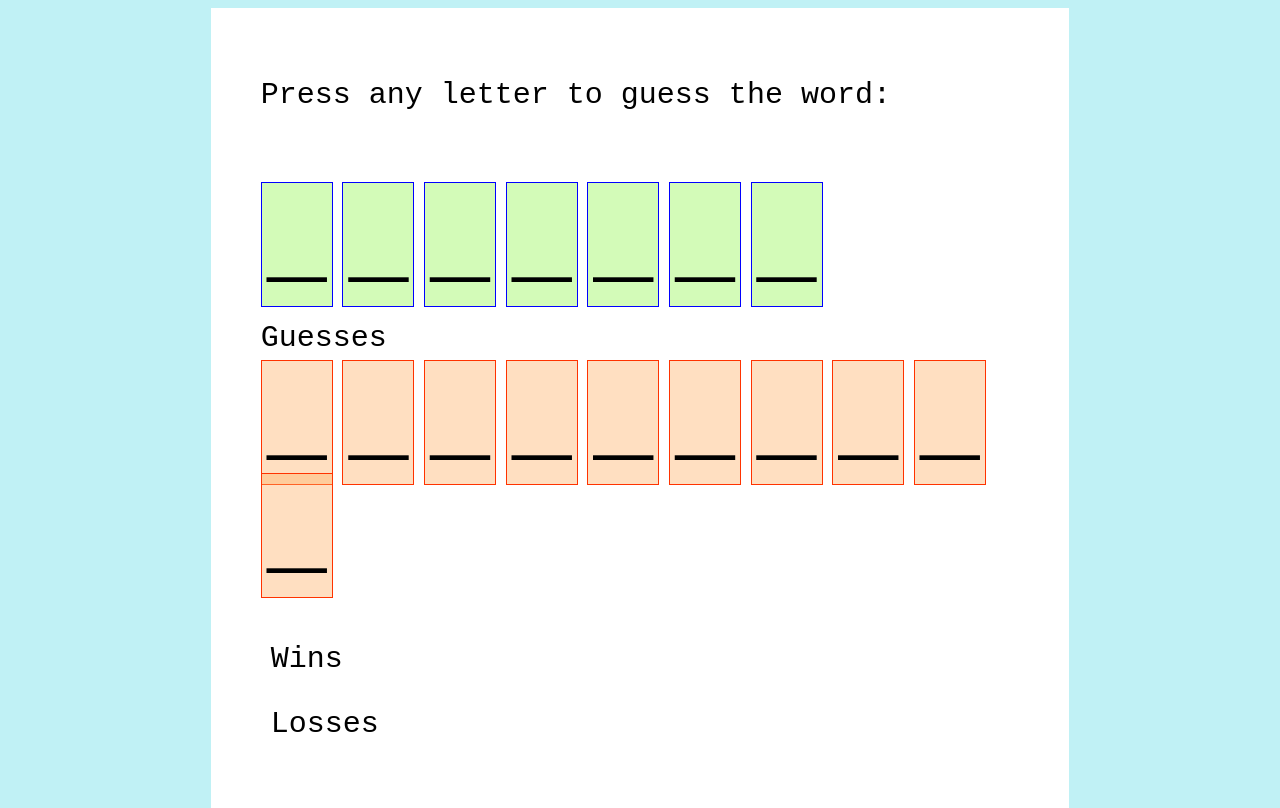
Repository: dsaftler/JavaScript
Page: index.html
These files come from the project's save history. The page is drawn as it stood at one moment and after the next save; the edit follows.
The browser window is 1280 px wide. The pictures show the whole page.

Above is the page before, as saved 2019-05-11 21:19:55.

### index.html
<!DOCTYPE html>
<html lang="en">
<head>
  <meta charset="UTF-8">
  <meta name="viewport" content="width=device-width, initial-scale=1.0">
  <meta http-equiv="X-UA-Compatible" content="ie=edge">
  <link href="https://fonts.googleapis.com/css?family=Ubuntu+Mono" rel="stylesheet">
  <link rel="stylesheet" href="assets\css\style.css">
<script src="https://ajax.googleapis.com/ajax/libs/jquery/3.4.0/jquery.min.js"></script>

  <title>JavaScript Hangman Game</title>
</head>
<body>
    <div class="container">
        <div class="instructions showtext">Press any letter to guess the word: </div>

         <div class="showtext" id="correctWord" ></div>



         <div class="letter match" id="chr_0">_</div>
         <div class="letter match" id="chr_1">_</div>
         <div class="letter match" id="chr_2">_</div>
         <div class="letter match" id="chr_3">_</div>
         <div class="letter match" id="chr_4">_</div>
         <div class="letter match" id="chr_5">_</div>
         <div class="letter match" id="chr_6">_</div>
          <div class="letter match" id="chr_7">_</div>
          <div class="letter match" id="chr_8">_</div>
          <div class="letter match" id="chr_9">_</div>

        <div class="showtext" id="showGuesses">Guesses </div>

        <div class="letter guessed" id="guess_0">_</div>
        <div class="letter guessed" id="guess_1">_</div>
        <div class="letter guessed" id="guess_2">_</div>
        <div class="letter guessed" id="guess_3">_</div>
        <div class="letter guessed" id="guess_4">_</div>
        <div class="letter guessed" id="guess_5">_</div>
        <div class="letter guessed" id="guess_6">_</div>
        <div class="letter guessed" id="guess_7">_</div>
        <div class="letter guessed" id="guess_8">_</div>
        <div class="letter guessed" id="guess_9">_</div>

      <div class="score">
      <div class="showtext" id="showWins">Wins</div>
      <div class="showtext" id="showLosses">Losses</div>

    </div>

    <script type="text/javascript" src="assets/javascript/game.js"></script>


</body>
</html>

### assets/css/style.css
body {font-family: 'Ubuntu+Mono',monospace, sans-serif;
  font-weight: 400;
  background-color: rgb(192, 241, 245);
  height: 600px;
}
.container {width:60%;
  max-width: 960px;
  margin: auto;
 /* background-image: "url('assets/images/Hangman.png')";  */
 background-color: white;
 height:700px;
 padding: 50px;
 }
 .showtext {height:35px;
  padding: 20px 0 10px;
  font-size: 30px;
 }
.letter {font-size: 100px;
  display: inline;
  padding: 5px;}
.match {
  border: 1px solid blue;
  background-color: rgb(142, 245, 73,0.39)}
.guessed {
  font-weight: 100;
  border: 1px solid #ff3300;
  background-color: rgba(255, 173, 96, 0.39);
}
.score{
  margin-top: 20px;
  padding:10px;
  height:120px;
}
.warn{
 color: red;
}
.normal{
  color:black;
}
.win{
  color: green;
}

### assets/javascript/game.js
// Variables
var cntWins,
  curCntGuess,
  ltr_0,
  ltr_1,
  ltr_2,
  ltr_3,
  ltr_4,
  ltr_5,
  ltr_6,
  ltr_7,
  ltr_8,
  ltr_9;
var ltrTried_0,
  ltrTried_1,
  ltrTried_2,
  ltrTried_3,
  ltrTried_4,
  ltrTried_5,
  ltrTried_6,
  ltrTried_7,
  ltrTried_8,
  ltrTried_9;

var maxGuesses = 9,
  cntWins = 0,
  cntLosses = 0;
var userGuess;
// within the game
// while wordArr.length>0
//while (wordArr.length>0) {
var curPtr, curCntGuess,
  curLetter, curWord, myWord,
  badGuess, curWordArr, builtWord,
  isFound,
  curPtr = 0,
  firstTime = true;

console.log('firstTime:' + firstTime)

var wordArr = [
  {word:"unicorn",
    image: "assets/images/unicorn.png",
    imgAlt: "Unicorn"},
  {word: "griffin",
    image: "assets/images/griffin.png",
    imgAlt: "Griffin"},
  {word: "manticore",
    image: "assets/images/manticore.png",
    imgAlt: "Manticore"},
  {word: "mermaid",
    image: "assets/images/mermaid.png",
    imgAlt: "Mermaid"},
  {word: "centaur",
    image: "assets/images/centaur.png",
    imgAlt: "Centaur" },
  {word: "pegasus",
  image: "assets/images/pegasus.png",
    imgAlt: "Pegasus" },
  {word: "minotaur",
    image: "assets/images/minotaur.png",
    imgAlt: "minotaur"},
  {word: "dragon",
    image: "assets/images/dragon.png",
    imgAlt: "Dragon" },
  {word: "basilisk",
  image: "assets/images/basilisk.png",
    imgAlt: "Basilisk"},
  {word: "hippogriff",
    image: "assets/images/hippogriff.png",
    imgAlt: "Hippogriff"}];

initGame();

document.onkeydown = function (event) {
  isFound = false
  // Determines which key was pressed.
  var userGuess = event.key;

  userGuess = userGuess.toLowerCase()
  let asciiChr=userGuess.charCodeAt(0)
  if (userGuess.length===1 && asciiChr >= 97 && asciiChr <= 122) {
  // console.log("userGuess: " + userGuess);
  // is userGuess already in badGuess
  //showValue("curGuess",userGuess);
    showValue("showGuesses", "Guesses",'normal')
    for (let i = 0; i < badGuess.length; i++) {
      //See if that letter was already chosen by parsing badGuess
      if (badGuess[i] === userGuess) {
        //alert("You alread guessed "+userGuess)
        showValue("showGuesses", "You already guessed " + userGuess,'warn')
        isFound = true
      }
    }
    //see if it's in the target word
    // for every letter in curWord, see if that letter exists at that index  charAt(index)
    console.log("curWordArr " + curWordArr)
    if (!isFound) {
      for (let i = 0; i < curWordArr.length; i++) {
        //if index [j]is blank and matches our guess

        if (curWordArr[i] === userGuess) {
          console.log("curWordArr " + i + '=' + curWordArr[i])
          builtWord[i] = userGuess
          //set getElementId for that index (see if I can create a variable "ltr_"+(toString([j]))
          //id="chr_0"
          el = 'chr_' + i
          showValue(el, userGuess)
          //getElementById(el).textContent:userGuess;
          isFound = true
        }
      }
    }
    if (!isFound) {
      el = "guess_" + badGuess.length;
      showValue(el, userGuess);
      // push to badGuess
      badGuess.push(userGuess);
      // console.log("badGuess: " + badGuess)
      curCntGuess++
      // console.log("curCntGuess :" + curCntGuess)
      // push content for ltrTried ids
      // show content for badguesses
    }



    if (curCntGuess >= maxGuesses) {
      //alert('You lost')
      cntLosses++;
      showValue("showLosses", "Losses   " + cntLosses)
      showValue("correctWord", "The Word was  " + curWord,'warn')
      nextWord()
    } else {
      if (collapseArray() === curWord) {
        //alert("You won")
        cntWins++;
        showValue("showWins", "Wins   " + cntWins)
        showValue("correctWord", "The Word was  " + curWord,'win')

        nextWord()
      } else {
        myWord = ''
      }
      // showValue("showGuesses", "Guesses")
    }
  }
}


function initGame() {
  allLetters = document.querySelectorAll('.letter');
  allLetters.forEach(element => {
    element.textContent = '_';
  });
  curCntGuess = 0;
  curLetter = "";
  curWord = "";
  myWord = "";
  badGuess = [];
  curWordArr = [];
  builtWord = [];
  console.log("WordArr aft: " + wordArr)
  console.log("wordArr.length: " + wordArr.length)
  curPtr = getRandomPtr(wordArr.length); //0
  console.log("curPtr: " + curPtr)
  //curWordArr = array the word at that index
  curWord = wordArr[curPtr].word; //unicorn
  console.log("curWord: " + curWord)
  for (let i = 0; i <=9; i++) {
    if (i < curWord.length) {
      myLetter = curWord.charAt([i]);
    //console.log(myLetter);
      curWordArr.push(myLetter);
      $("#chr_" + i).show()
    } else {
      // el = 'chr_' + i
      $("#chr_"+i).hide()
    }
  }
  //clear the ltrTried & ltr elements
  //console.log(curPtr);
  //console.log(curWord);
  console.log("curWordArr " + curWordArr)
}

function nextWord() {
  console.log("Word Arr b4: " + wordArr)
  wordArr.splice(curPtr, 1)
  if (wordArr.length === 0) {
    //alert("End of Game")
  } else {
    initGame()
  }
}

function showValue(thisId, thisValue,msgType) {
  var target = document.getElementById(thisId);
  // console.log(thisValue)
  // console.log(thisId)
  // this shoulc have worked with addClass!
  switch(msgType) {
    case 'warn':
      clscolor='red';
      break;
    case 'win':
      clscolor = 'green';
      break;
    case 'normal':
      clscolor = 'black';
      break;
  }
  target.innerHTML = '<span class='+msgType+'>'+thisValue+'</span>';
  // $("#target").addClass(msgType)
}

// function addValue(thisId, thisValue) {
//   var target = document.getElementById(thisId);
//   target.innerHTML = target.innerHTML + "      " + thisValue;
// }

function collapseArray() {

  for (let k = 0; k < builtWord.length; k++) {
    localVal = builtWord[k]
    if (typeof (localVal) != 'undefined') {
      // console.log("myWord length: "+myWord.length+ " K is "+localVal)
      myWord = myWord + localVal
      //console.log("myWord "+myWord)
    }
  }
  return myWord
}


function getUserGuess() {
  var userGuess = document.getElementById("getKeyPress");
  userGuess = userGuess.toLowerCase();


}



function getRandomPtr(max) {
  return Math.floor(Math.random() * Math.floor(max));
  // this will return 0 through max-1
}

function getRandomInt(max) {
  return getRandomPtr(max) + 1
  // this will return 1 through max
}

After the next save:
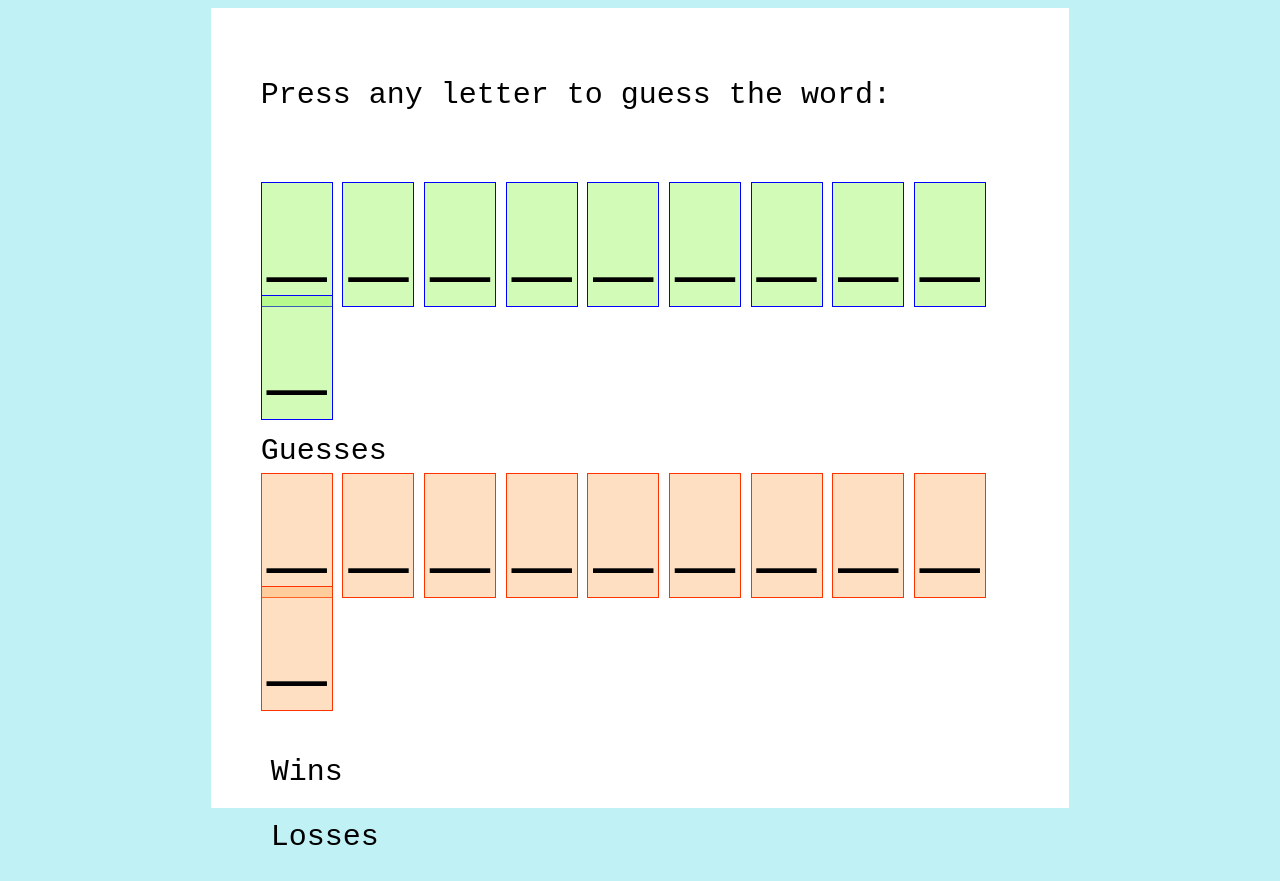
Console error: SyntaxError: Unexpected token ','
Saved 2 min 15 s later.
--- a/assets/javascript/game.js
+++ b/assets/javascript/game.js
@@ -32,9 +32,9 @@
 var curPtr, curCntGuess,
   curLetter, curWord, myWord,
   badGuess, curWordArr, builtWord,
-  isFound,
+  isFound,,curImg,curImgAlt,
   curPtr = 0,
-  firstTime = true;
+  firstTime = true
 
 console.log('firstTime:' + firstTime)
 
@@ -130,7 +130,7 @@
       cntLosses++;
       showValue("showLosses", "Losses   " + cntLosses)
       showValue("correctWord", "The Word was  " + curWord,'warn')
-      nextWord()
+
     } else {
       if (collapseArray() === curWord) {
         //alert("You won")
@@ -138,15 +138,25 @@
         showValue("showWins", "Wins   " + cntWins)
         showValue("correctWord", "The Word was  " + curWord,'win')
 
-        nextWord()
+
       } else {
         myWord = ''
       }
+      if (myWord.length>0)
+       {
+        showPicture();
+        nextWord();
+      }
+
       // showValue("showGuesses", "Guesses")
     }
   }
 }
-
+function showPicture() {
+ $(".container).css("background-image","url(myPicture)");
+
+  // onload = "resizeImg(this, 200, 100);" >
+}
 
 function initGame() {
   allLetters = document.querySelectorAll('.letter');
@@ -166,6 +176,8 @@
   console.log("curPtr: " + curPtr)
   //curWordArr = array the word at that index
   curWord = wordArr[curPtr].word; //unicorn
+  curImg = wordArr[curPtr].image;
+  curImgAlt = wordArr[curPtr].imageAlt;
   console.log("curWord: " + curWord)
   for (let i = 0; i <=9; i++) {
     if (i < curWord.length) {

After the 3 saves that followed:
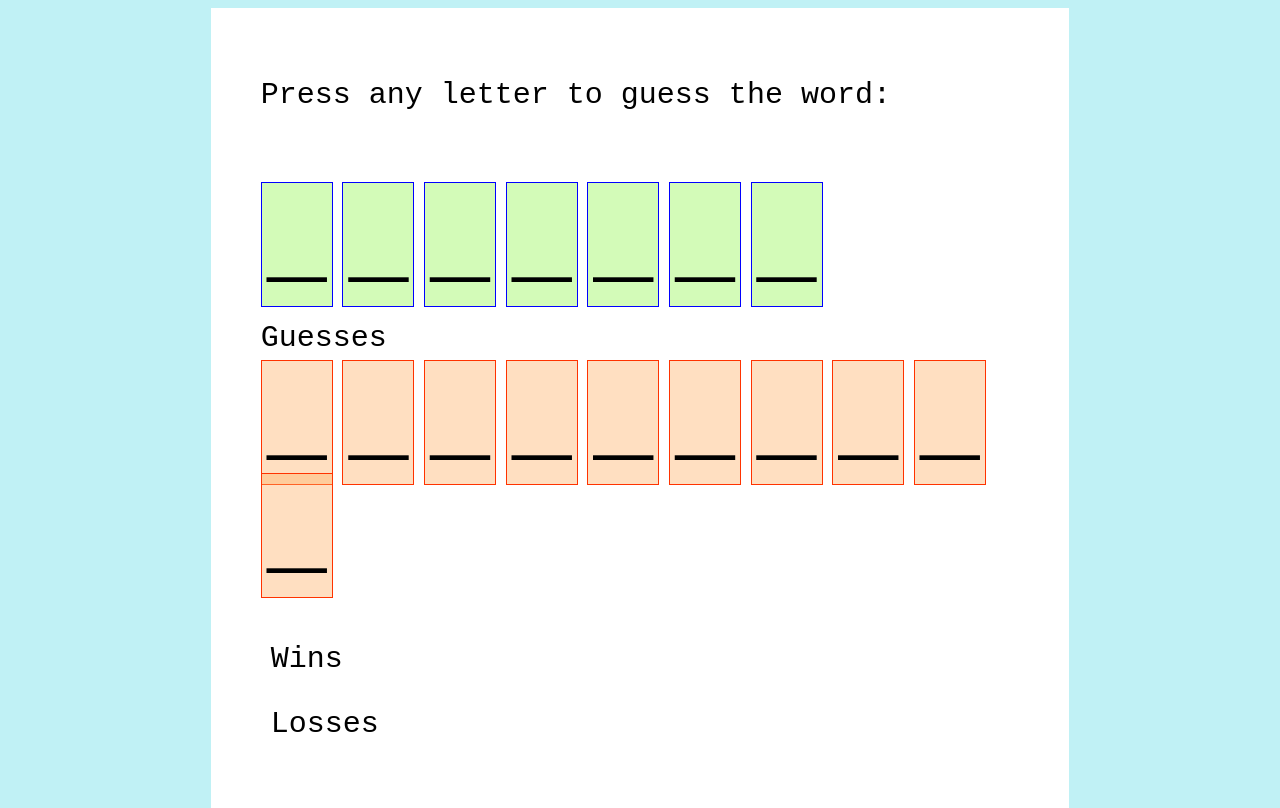
The error is gone.
The 3 saves are shown as one change because 2 left the picture as it was.
The last was saved 2 min 46 s later.
--- a/assets/javascript/game.js
+++ b/assets/javascript/game.js
@@ -32,7 +32,7 @@
 var curPtr, curCntGuess,
   curLetter, curWord, myWord,
   badGuess, curWordArr, builtWord,
-  isFound,,curImg,curImgAlt,
+  isFound,curImg,curImgAlt,
   curPtr = 0,
   firstTime = true
 
@@ -153,7 +153,7 @@
   }
 }
 function showPicture() {
- $(".container).css("background-image","url(myPicture)");
+ $(".container").css({'background-image':'url(myPicture)'});
 
   // onload = "resizeImg(this, 200, 100);" >
 }
